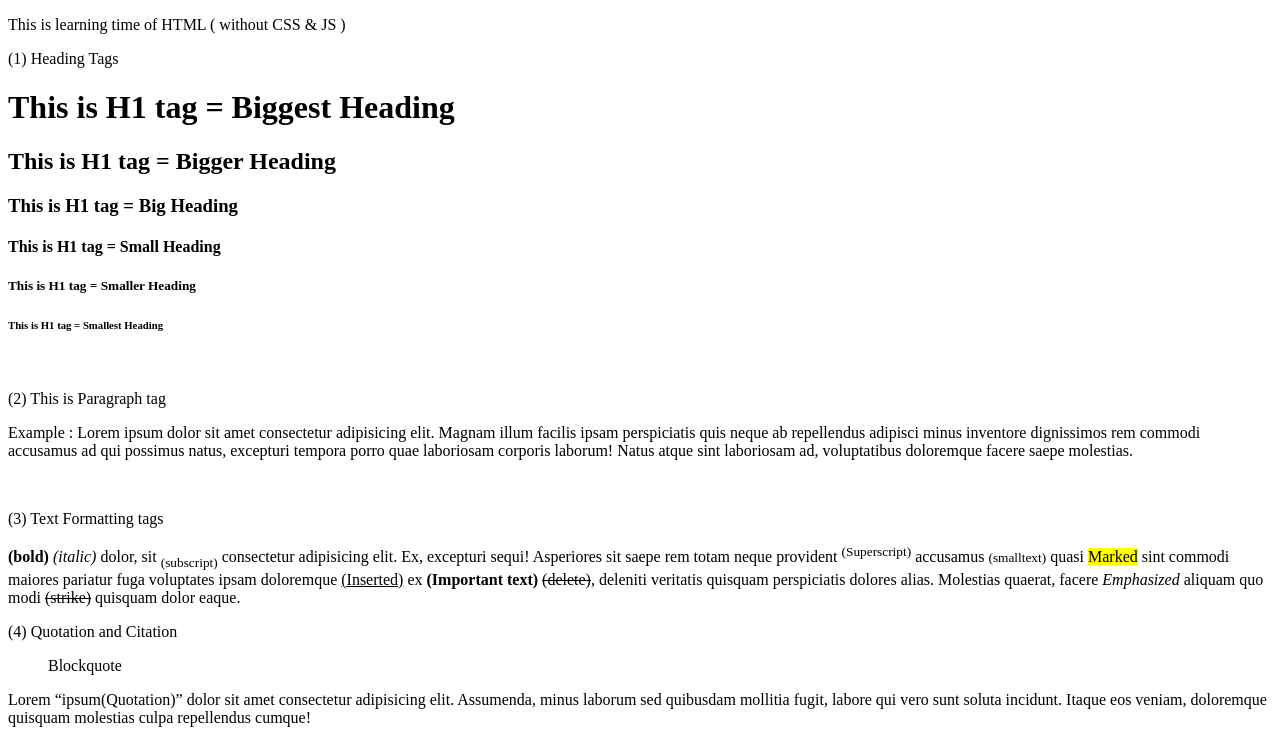
Repository: diptods/Frontend-in-60-DAYS
Page: Day01/learning/learn.html
These files come from the project's save history. The page is drawn as it stood at one moment and after the next save; the edit follows.
The browser window is 1280 px wide. The pictures show the whole page.

Above is the page before, as saved 2026-05-28 11:58:33.

### Day01/learning/learn.html
<!DOCTYPE html>
<html lang="en">

<head>
    <meta charset="UTF-8">
    <meta name="viewport" content="width=device-width, initial-scale=1.0">
    <title>Day 01 Of Frontend Learning</title>
</head>

<body>
    <p>This is learning time of HTML ( without CSS & JS )</p>
    <p>(1) Heading Tags</p>
    <h1>This is H1 tag = Biggest Heading</h1>
    <h2>This is H1 tag = Bigger Heading</h2>
    <h3>This is H1 tag = Big Heading</h3>
    <h4>This is H1 tag = Small Heading</h4>
    <h5>This is H1 tag = Smaller Heading</h5>
    <h6>This is H1 tag = Smallest Heading</h6>
    <br>
    <p>(2) This is Paragraph tag</p>
    <p>Example : Lorem ipsum dolor sit amet consectetur adipisicing elit. Magnam illum facilis ipsam perspiciatis quis
        neque ab repellendus adipisci minus inventore dignissimos rem commodi accusamus ad qui possimus natus, excepturi
        tempora porro quae laboriosam corporis laborum! Natus atque sint laboriosam ad, voluptatibus doloremque facere
        saepe molestias.</p>
    <br>
    <p>(3) Text Formatting tags</p>
    <p><b>(bold)</b> <i>(italic)</i> dolor, sit <sub>(subscript)</sub> consectetur adipisicing elit. Ex, excepturi
        sequi! Asperiores sit saepe rem totam
        neque provident <sup>(Superscript)</sup> accusamus <small>(smalltext)</small> quasi <mark>Marked</mark> sint
        commodi maiores pariatur fuga voluptates ipsam doloremque
        <ins>(Inserted)</ins> ex <strong>(Important text)</strong> <del>(delete)</del>, deleniti veritatis quisquam
        perspiciatis dolores alias. Molestias quaerat, facere
        <em>Emphasized</em> aliquam quo modi <strike>(strike)</strike> quisquam dolor eaque.
    </p>
    <p>(4) Quotation and Citation</p>
    <p><blockquote>Blockquote</blockquote> Lorem <q>ipsum(Quotation)</q> dolor sit amet consectetur adipisicing elit. Assumenda, minus laborum sed quibusdam mollitia fugit,
        labore qui vero sunt soluta incidunt. Itaque eos veniam, doloremque quisquam molestias culpa repellendus cumque!
    </p>
</body>

</html>

After the next save:
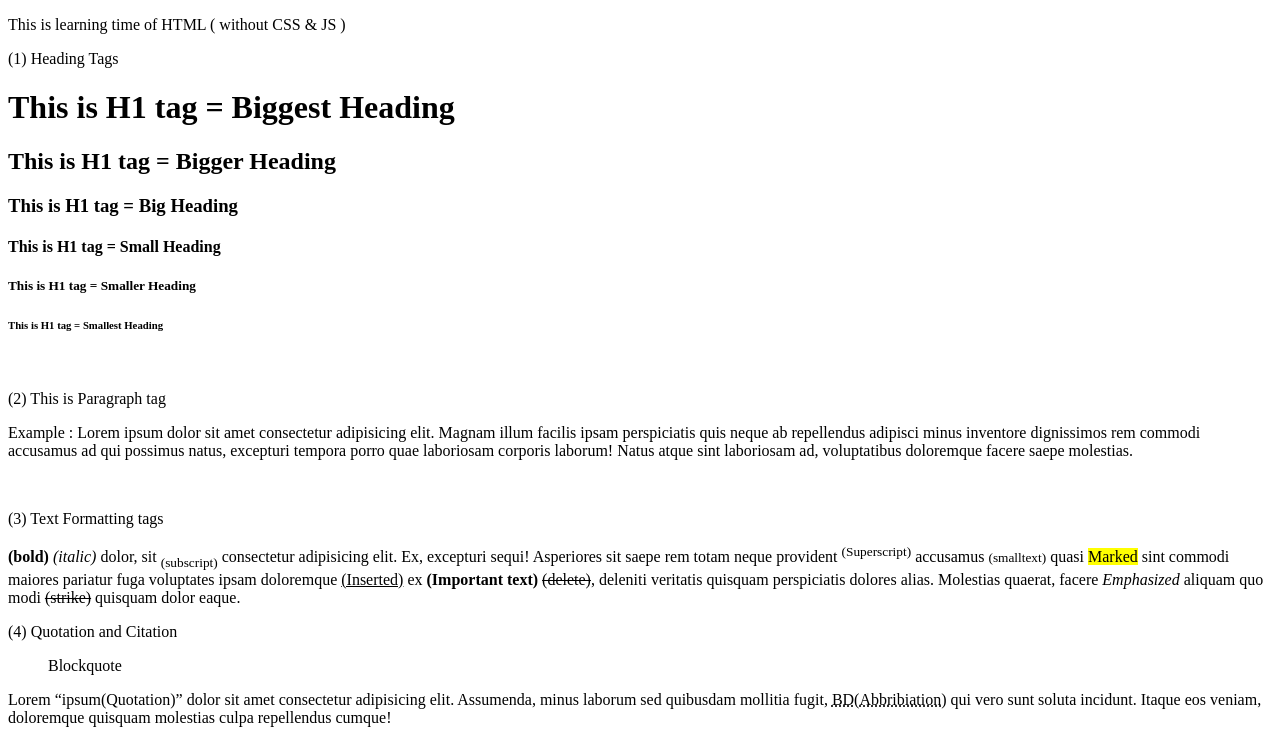
Saved 64 s later.
--- a/Day01/learning/learn.html
+++ b/Day01/learning/learn.html
@@ -34,7 +34,7 @@
     </p>
     <p>(4) Quotation and Citation</p>
     <p><blockquote>Blockquote</blockquote> Lorem <q>ipsum(Quotation)</q> dolor sit amet consectetur adipisicing elit. Assumenda, minus laborum sed quibusdam mollitia fugit,
-        labore qui vero sunt soluta incidunt. Itaque eos veniam, doloremque quisquam molestias culpa repellendus cumque!
+        <abbr title="Bangladesh">BD(Abbribiation)</abbr> qui vero sunt soluta incidunt. Itaque eos veniam, doloremque quisquam molestias culpa repellendus cumque!
     </p>
 </body>
 
